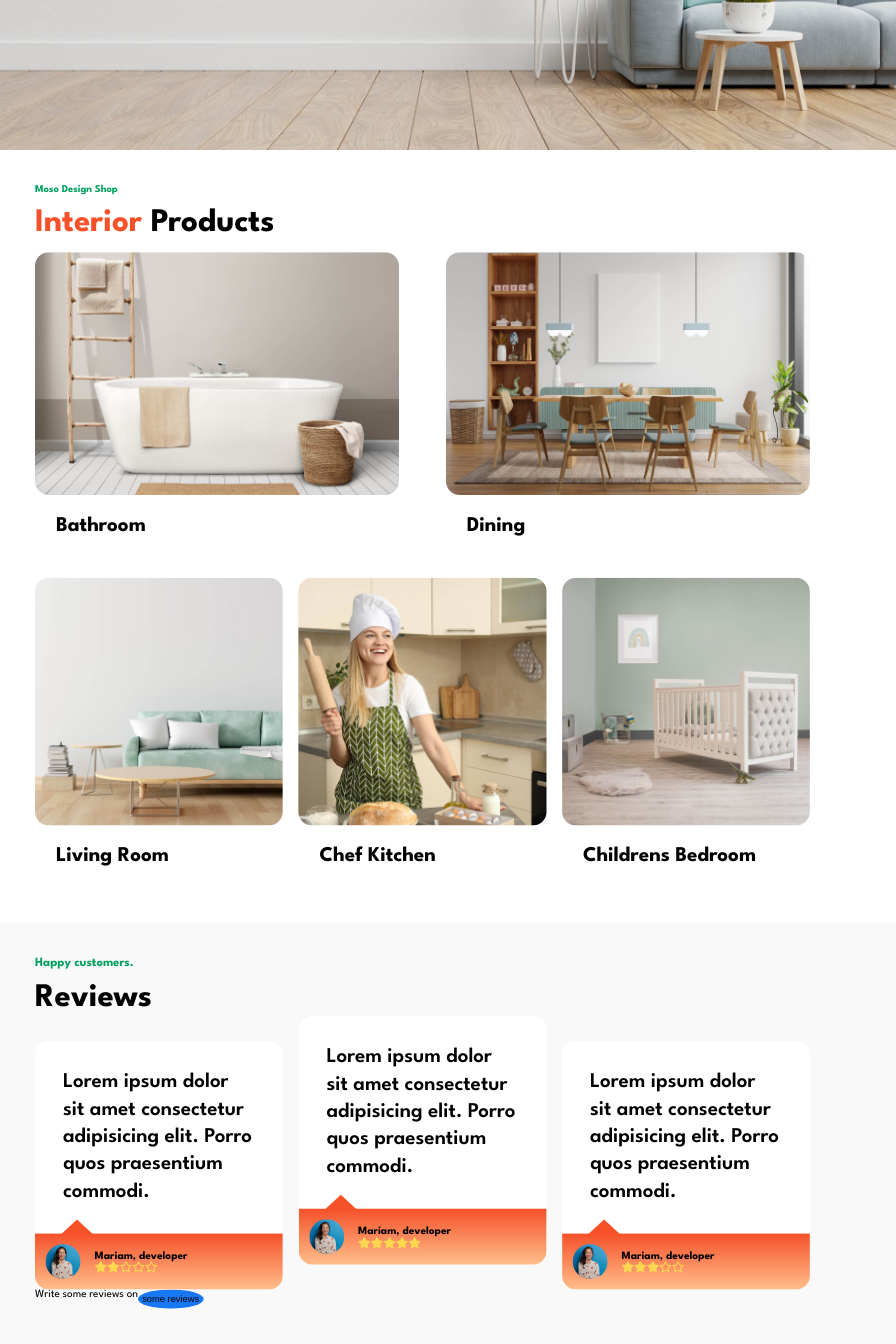
Repository: mariamnabil23/furniture
Page: index.html
The author's editor kept a copy of each file at every save. The page is drawn from the files as they stood at one save, then again after the next save.
The browser window is 1280 px wide. The pictures show the part of the page from y = 1805 to 3725 px (the page is 3725 px tall before and 3713 px after), at 70% of full size.
Some web fonts or font styles are not loaded; a fallback is used.

Above is the page before, as saved 2024-10-31 10:06:41.

After the next save:
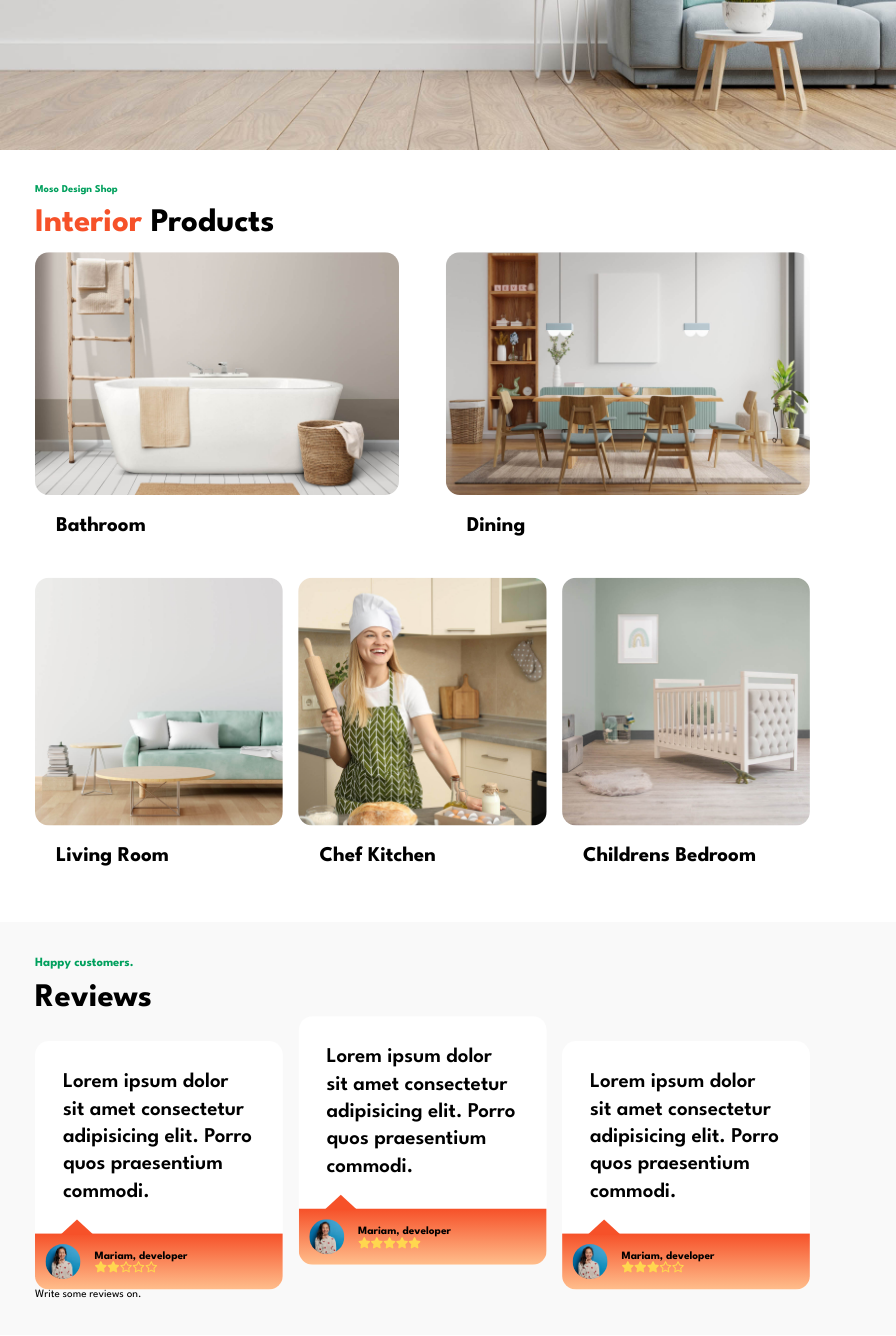
Saved 54 s later.
--- a/index.html
+++ b/index.html
@@ -196,9 +196,7 @@
                 </div>
                 <div class="bottom">
                     <p>Write some reviews on</p>
-                    <button class="box-btn">
-                        <p>some reviews </p>
-                    </button>
+                    .
                 </div>
         </section>
 

After the 2 saves that followed:
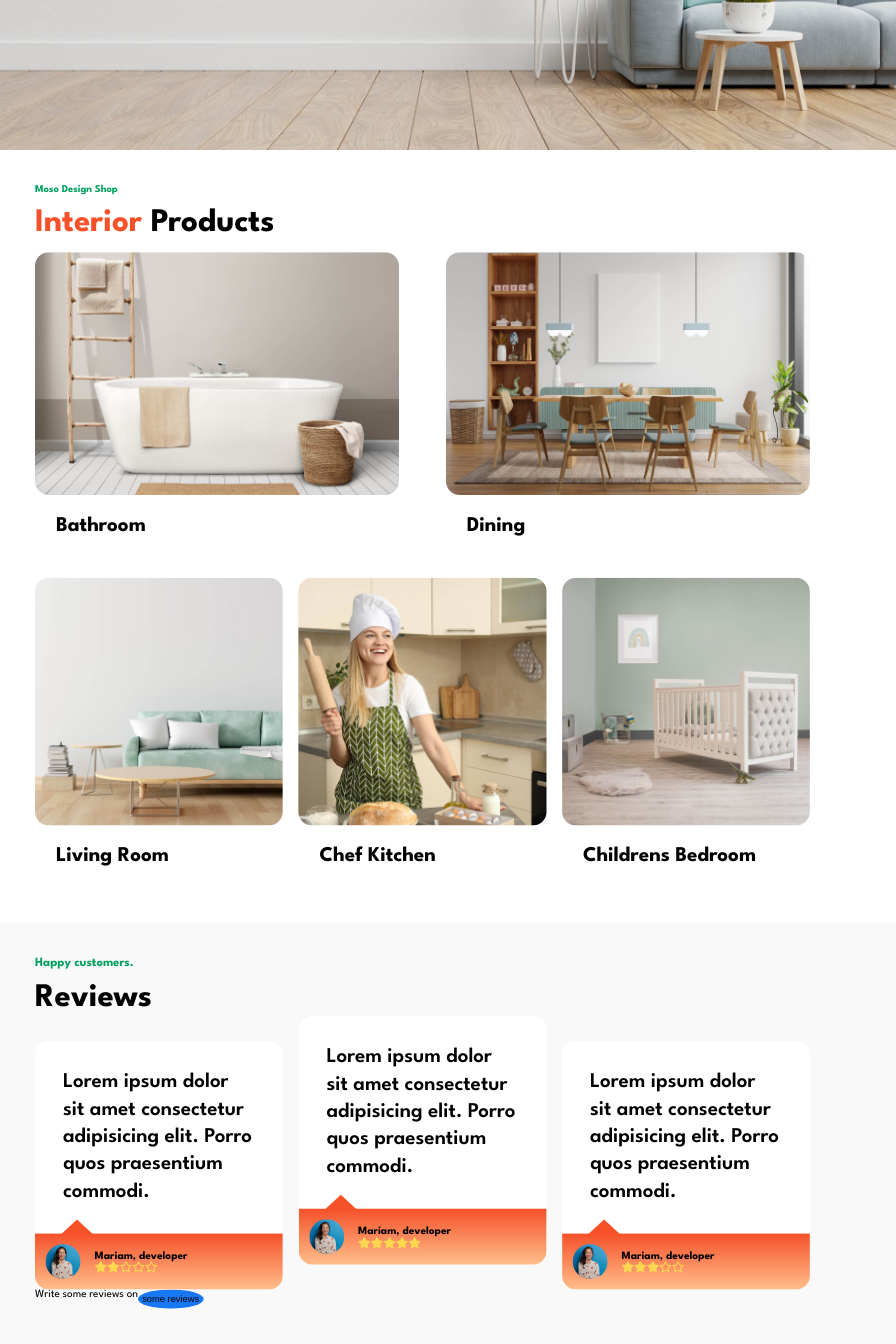
The 2 saves are shown as one change because they came seconds apart.
The last was saved 8 s later.
--- a/index.html
+++ b/index.html
@@ -196,7 +196,11 @@
                 </div>
                 <div class="bottom">
                     <p>Write some reviews on</p>
-                    .
+                    <div class="cox-btn">
+                        <button class="box-btn">
+                            <p>some reviews </p>
+                        </button>
+                    </div>
                 </div>
         </section>
 
